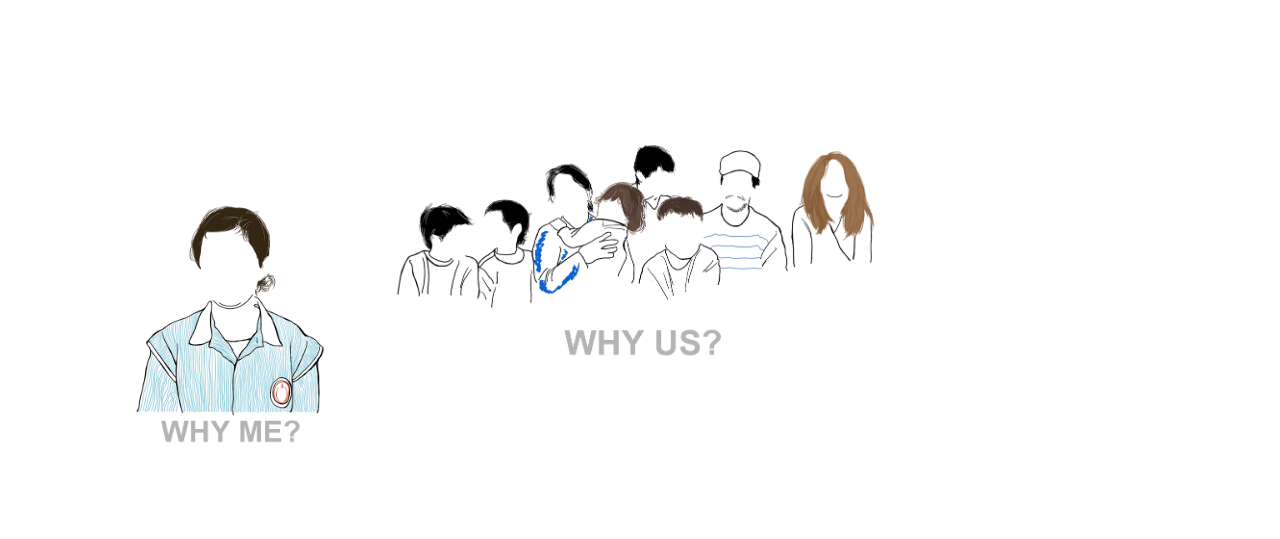
Repository: Lettie123/webpr4
Page: 04.html
These files come from the project's save history. The page is drawn as it stood at one moment and after the next save; the edit follows.
The browser window is 1280 px wide. The pictures show the whole page.

Above is the page before, as saved 2020-11-23 23:53:23.

After the next save:
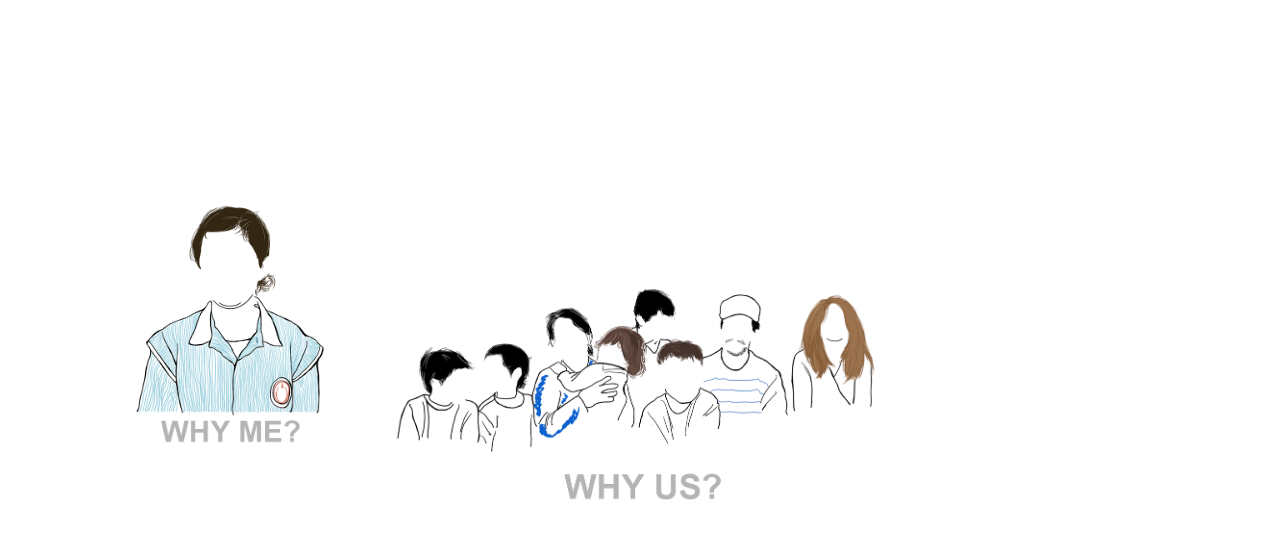
Saved 2 min 30 s later.
--- a/style05.css
+++ b/style05.css
@@ -18,7 +18,7 @@ body {
     height: 500px;
 	position: absolute;
 	left: 50%;
-	top: 45%;
+	top: 65%;
     transform: translate(-50%,-50%);
     color: #B4B4B4;
 }
